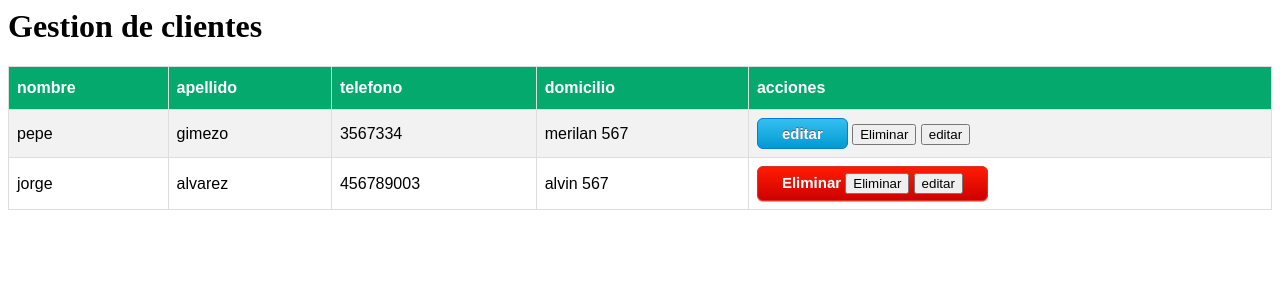
Repository: geraldine-ventura/Practicando.net
Page: index 2.html
The author's editor kept a copy of each file at every save. The page is drawn from the files as they stood at one save, then again after the next save.
The browser window is 1280 px wide. The pictures show the whole page.

Above is the page before, as saved 2022-12-20 11:48:33.

After the next save:
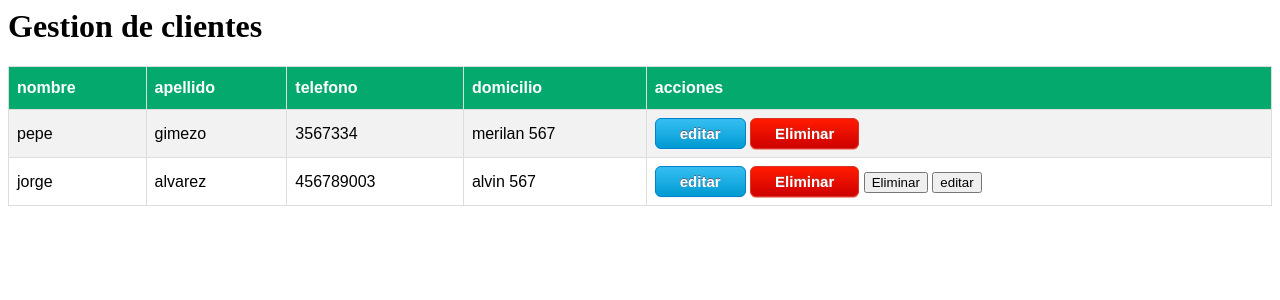
Saved 2 min 26 s later.
--- a/index 2.html
+++ b/index 2.html
@@ -14,8 +14,8 @@
         <td>merilan 567</td>
         <td>
          <a href="#" class="myButton">editar</a>
-          <button>Eliminar</button>
-          <button>editar</button>
+         <a href="#" class="myButton2">Eliminar</a>
+
         </td>
     </tr>
     <tr>
@@ -24,7 +24,8 @@
         <td>456789003</td>
         <td>alvin 567</td>
         <td>
-            <href="#" class="myButton2">Eliminar</a>
+            <a href="#" class="myButton">editar</a>
+            <a href="#" class="myButton2">Eliminar</a>
             <button>Eliminar</button>
             <button>editar</button>
           </td>
